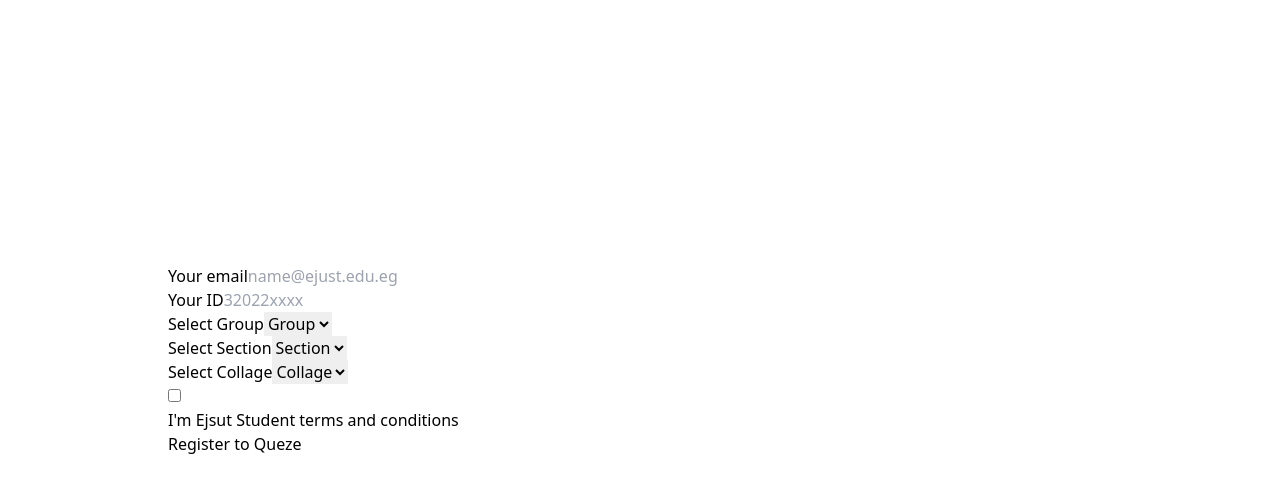
Repository: AbdalrahmanEldeep/FIBOTIC
Page: /
These files come from the project's save history. The page is drawn as it stood at one moment and after a run of saves; the edit follows.
The browser window is 1280 px wide. The pictures show the whole page.
The project was rebuilt for these pictures with package versions that can differ from the ones it lists, and the page was loaded fresh each time. Also part of the build but not shown: vite.config.js, src/pages/protecter.jsx, src/pages/exame.jsx.

Above is the page before, as saved 2023-01-06 22:55:43.

After the next 3 saves:
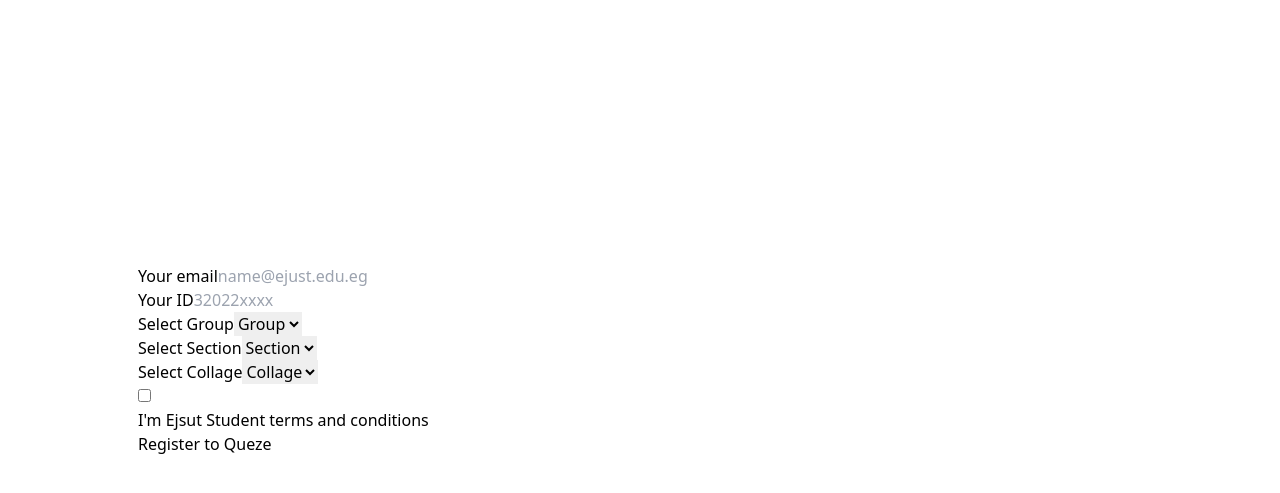
The 3 saves are shown as one change because they came seconds apart.
The last was saved 24 s later.
--- a/src/components/Form.jsx
+++ b/src/components/Form.jsx
@@ -3,7 +3,7 @@ import React from 'react'
 export const Form = () => {
   return (
 
-        <form className='shadow' style={{padding:"40px"}}>
+        <form className='shadow' style={{padding:"10px"}}>
             <div className="mb-6">
                 <label htmlFor="email" className="block mb-2 text-sm font-medium text-gray-900 dark:text-white">Your email</label>
                 <input type="email" id="email" className="w-full shadow-sm bg-gray-50 border border-gray-300 text-gray-900 text-sm rounded focus:ring-blue-500 focus:border-blue-500 block p-2.5 dark:bg-gray-700 dark:border-gray-600 dark:placeholder-gray-400 dark:text-white dark:focus:ring-blue-500 dark:focus:border-blue-500 dark:shadow-sm-light" placeholder="name@ejust.edu.eg" required />
